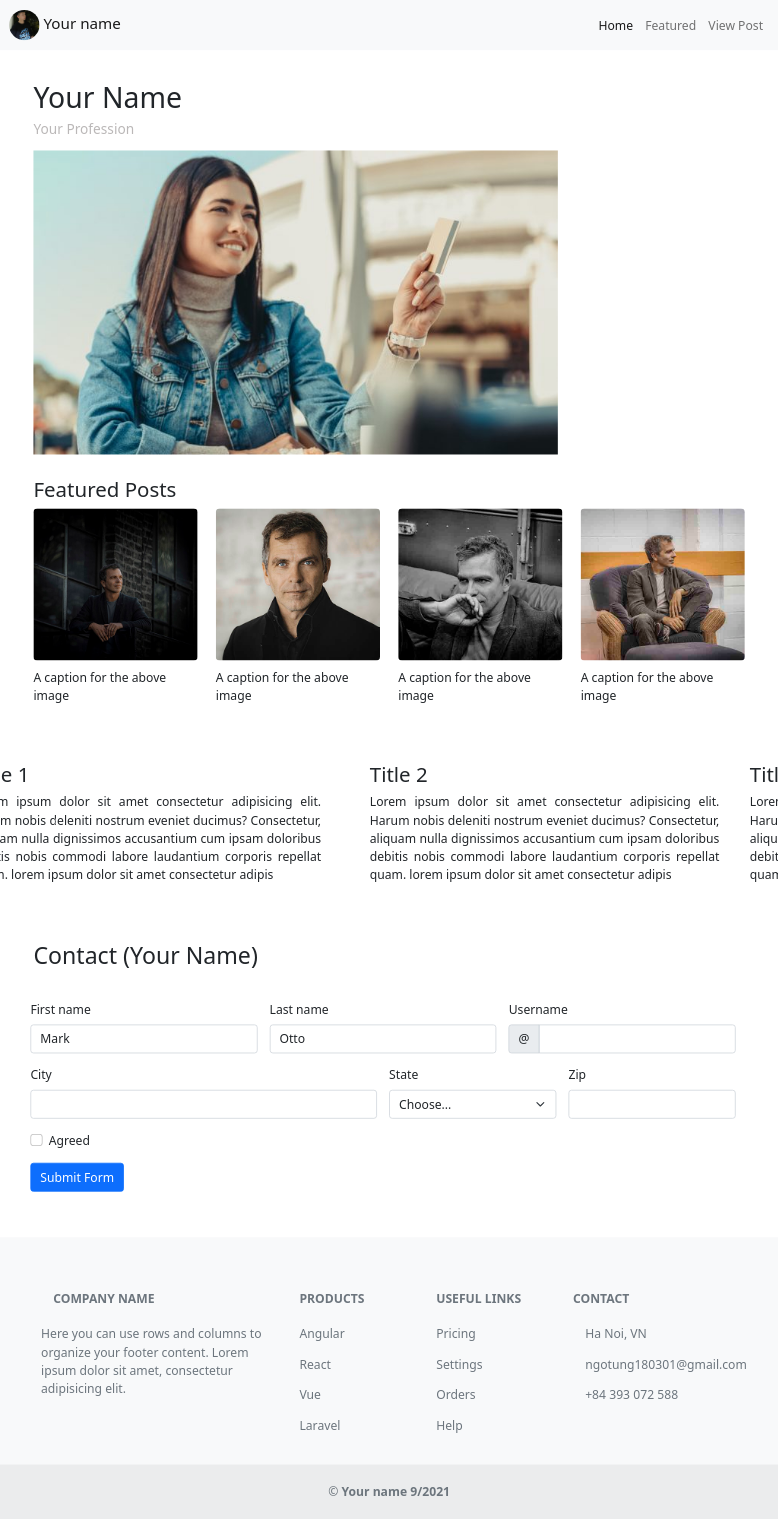
Repository: nvt01/72_1951061106_NgoVanTung
Page: BaiTh1/index.html
An editor plug-in stored every save of this project. The page is shown before and after the next save, followed by the edit.
The browser window is 1024 px wide. The pictures show the whole page, at 76% of full size.

Above is the page before, as saved 2021-12-01 10:56:13.

After the next save:
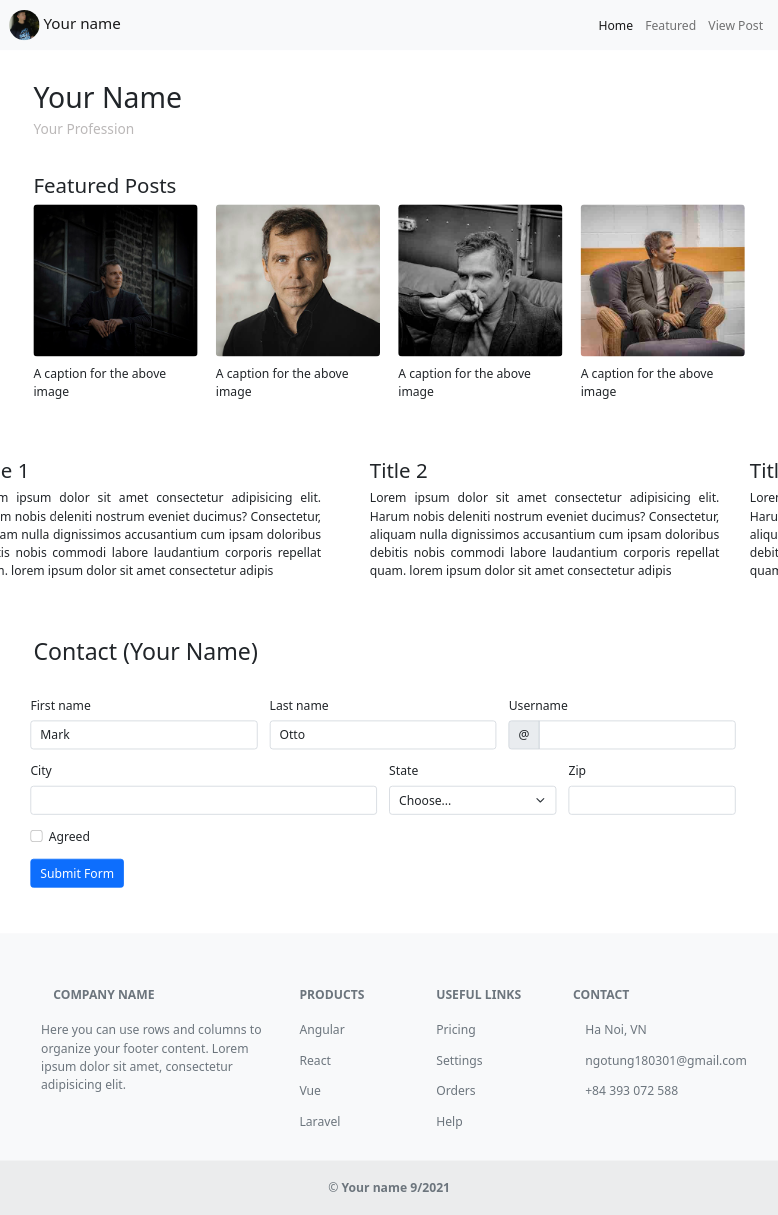
Saved 5 s later.
--- a/BaiTh1/style.css
+++ b/BaiTh1/style.css
@@ -66,7 +66,7 @@
 }
 
 @media screen and (max-width: 1025px) {
-    .col.content {
+    .col {
         display: none;
     }
 }
